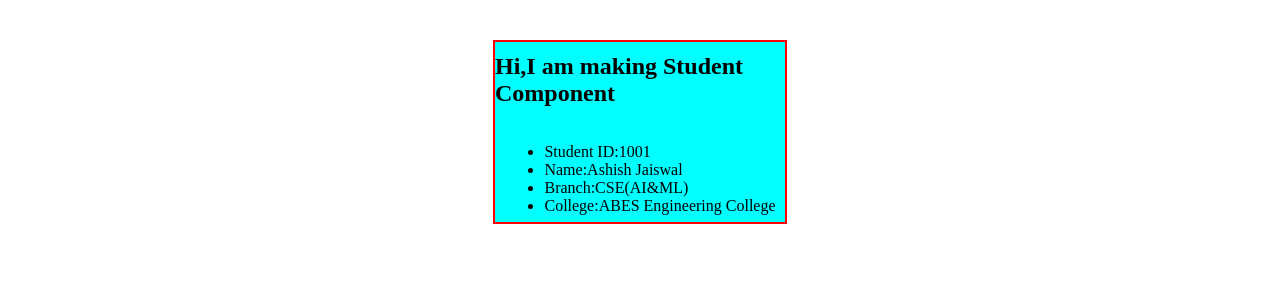
Repository: ashurauza/FSD_Sem5
Page: / (app in FSD_Sem5/CSS/ReactRevisionDOM/)
An editor plug-in stored every save of this project. The page is shown before and after the next save, followed by the edit.
The browser window is 1280 px wide. The pictures show the whole page.
The project was rebuilt for these pictures with package versions that can differ from the ones it lists, and the page was loaded fresh each time.

Above is the page before, as saved 2025-10-29 15:28:46.

After the next save:
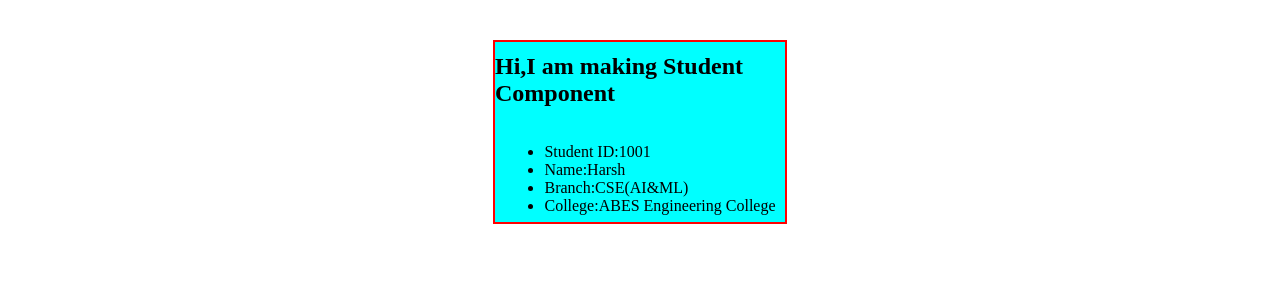
Saved 3 min 12 s later.
--- a/FSD_Sem5/CSS/ReactRevisionDOM/student.jsx
+++ b/FSD_Sem5/CSS/ReactRevisionDOM/student.jsx
@@ -9,7 +9,7 @@
     Hi,I am making Student Component
 </h2>
 const li11=<li>Student ID:1001</li>
-const li22=<li>Name:Ashish Jaiswal</li>
+const li22=<li>Name:Harsh </li>
 const li33=<li>Branch:CSE(AI&ML)</li>
 const li44=<li>College:ABES Engineering College</li>
 const ul1=<ul>{[li11,li22,li33,li44]}</ul>
